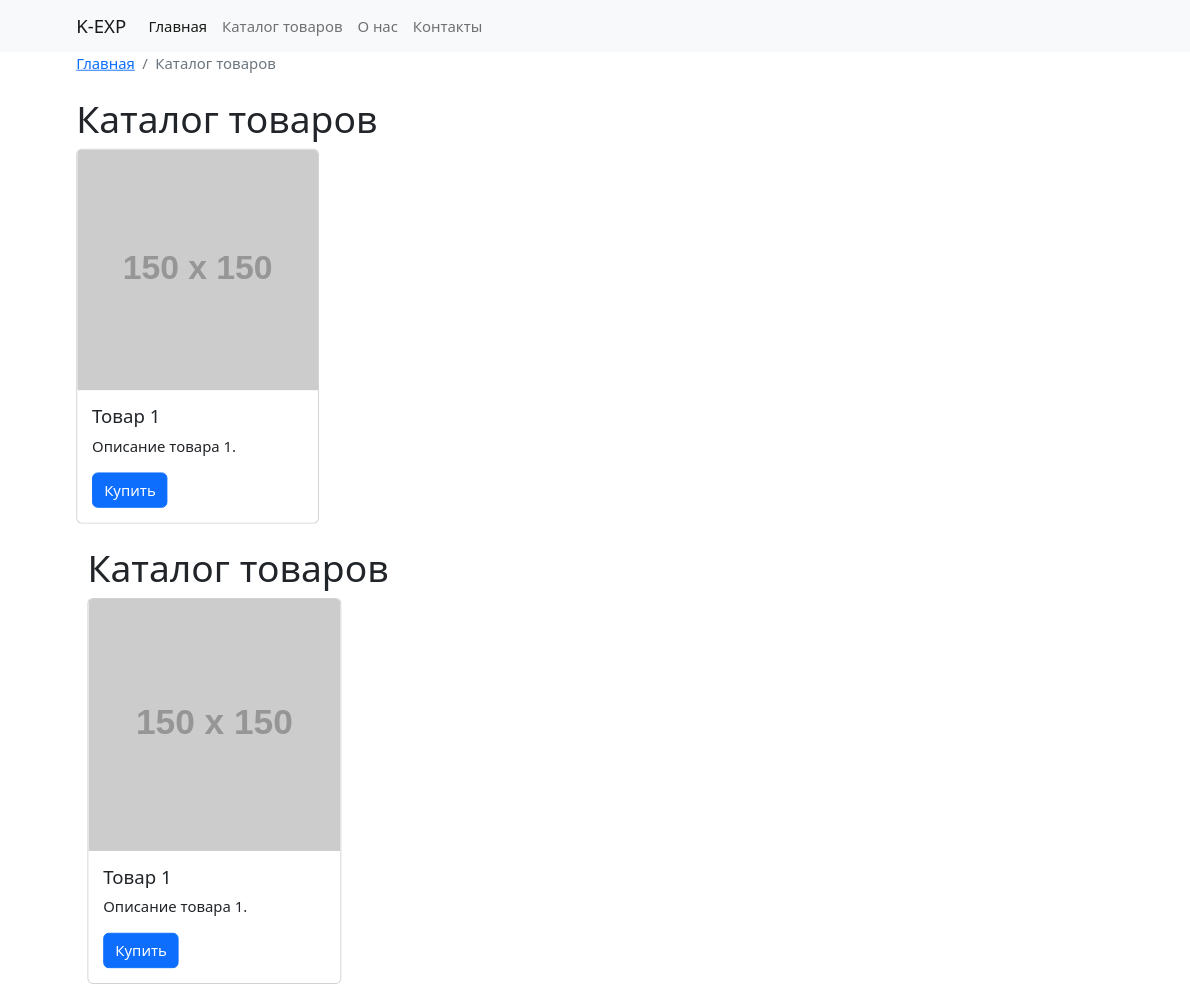
Repository: smartsoltech/kexp-shop
Page: main/catalog/templates/catalog/base.html
These files come from the project's save history. The page is drawn as it stood at one moment and after the next save; the edit follows.
The browser window is 1280 px wide. The pictures show the whole page, at 93% of full size.
The template is drawn by Django 4.2. The application's start-up code is not run. Other server files are loaded and not shown. The template is opened directly, without the code that normally fills it, so the values that code supplies are empty.

Above is the page before, as saved 2023-03-14 14:07:09.

### main/catalog/templates/catalog/base.html
<!DOCTYPE html>
<html lang="ru">
<head>
  <meta charset="UTF-8">
  <meta name="viewport" content="width=device-width, initial-scale=1.0">
  <title>{% block title %}{% endblock %}</title>
  <!-- Подключение Bootstrap CSS -->
  <link rel="stylesheet" href="https://cdn.jsdelivr.net/npm/bootstrap@5.2.3/dist/css/bootstrap.min.css" integrity="sha384-rbsA2VBKQhggwzxH7pPCaAqO46MgnOM80zW1RWuH61DGLwZJEdK2Kadq2F9CUG65" crossorigin="anonymous"></head>
<body>

  <!-- Навигационная панель -->
  <nav class="navbar navbar-expand-lg navbar-light bg-light">
    <div class="container">
      <a class="navbar-brand" href="{% url 'home' %}">K-EXP</a>
      <button class="navbar-toggler" type="button" data-bs-toggle="collapse" data-bs-target="#navbarNav" aria-controls="navbarNav" aria-expanded="false" aria-label="Toggle navigation">
        <span class="navbar-toggler-icon"></span>
      </button>
      <div class="collapse navbar-collapse" id="navbarNav">
        <ul class="navbar-nav">
          <li class="nav-item">
            <a class="nav-link active" aria-current="page" href="{% url 'home' %}">Главная</a>
          </li>
          <li class="nav-item">
            <a class="nav-link" href="#">Каталог товаров</a>
          </li>
          <li class="nav-item">
            <a class="nav-link" href="{% url 'about' %}">О нас</a>
          </li>
          <li class="nav-item">
            <a class="nav-link" href="#">Контакты</a>
          </li>
        </ul>
      </div>
    </div>
  </nav>

  <!-- Хлебные крошки -->
  <nav aria-label="breadcrumb">
    <div class="container">
      <ol class="breadcrumb">
        <li class="breadcrumb-item"><a href="#">Главная</a></li>
        <li class="breadcrumb-item active" aria-current="page">Каталог товаров</li>
      </ol>
    </div>
  </nav>

  <!-- Основное содержимое -->
  <div class="container my-4">
    <h1>Каталог товаров</h1>
    <div class="row">
      <div class="col-md-3">
        <div class="card">
          <img src="https://via.placeholder.com/150" class="card-img-top" alt="...">
          <div class="card-body">
            <h5 class="card-title">Товар 1</h5>
            <p class="card-text">Описание товара 1.</p>
            <a href="#" class="btn btn-primary">Купить</a>
          </div>
      </div>
    </div>
  </div>
  <div class="container my-4">
    <h1>Каталог товаров</h1>
    <div class="col">
      <div class="col-md-3">
        <div class="card">
          <img src="https://via.placeholder.com/150" class="card-img-top" alt="...">
          <div class="card-body">
            <h5 class="card-title">Товар 1</h5>
            <p class="card-text">Описание товара 1.</p>
            <a href="#" class="btn btn-primary">Купить</a>
          </div>
      </div>
    </div>
  </div>

After the next save:
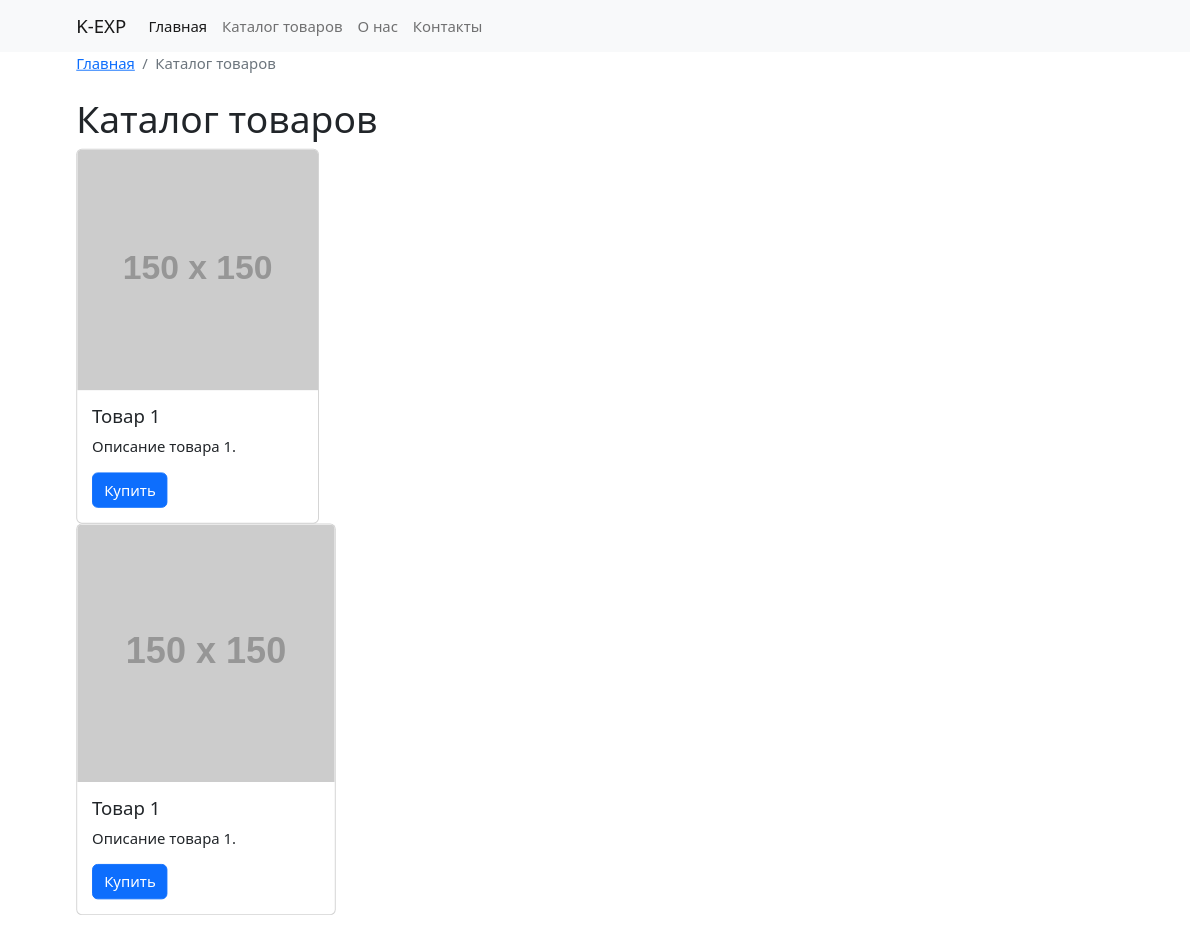
Saved 14 s later.
--- a/main/catalog/templates/catalog/base.html
+++ b/main/catalog/templates/catalog/base.html
@@ -59,8 +59,6 @@
       </div>
     </div>
   </div>
-  <div class="container my-4">
-    <h1>Каталог товаров</h1>
     <div class="col">
       <div class="col-md-3">
         <div class="card">
